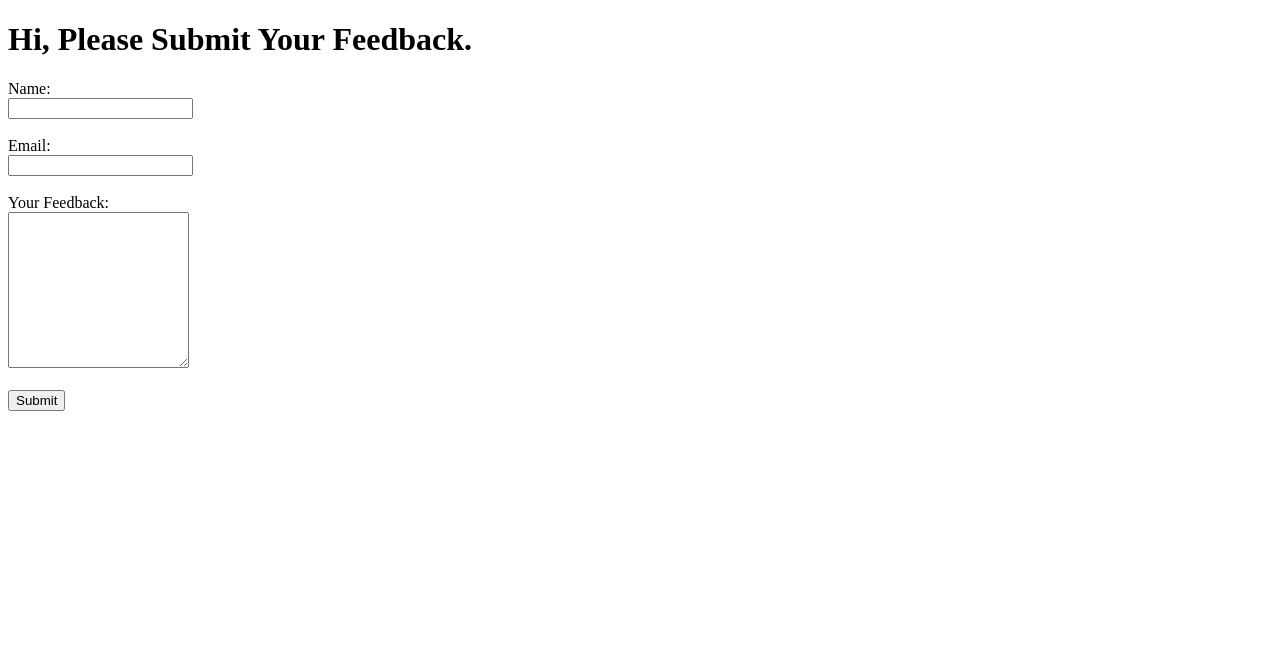
Repository: anik3395/JavaServletProjects
Page: eclipse-workspace/ProjectUpdate/src/main/webapp/feedbackForm.html
An editor plug-in stored every save of this project. The page is shown before and after the next save, followed by the edit.
The browser window is 1280 px wide. The pictures show the whole page.

Above is the page before, as saved 2024-10-23 08:17:27.

### eclipse-workspace/ProjectUpdate/src/main/webapp/feedbackForm.html
<!DOCTYPE html>
<html>
<head>
<meta charset="UTF-8">
<title>Insert title here</title>
</head>
<body>
<h1>Hi, Please Submit Your Feedback.</h1>

    <form action="submitFeedback" method="post">
        <label for="name">Name:</label><br>
        <input type="text" name="name" required><br><br>

        <label for="email">Email:</label><br>
        <input type="email" name="email" required><br><br>

        <label for="feedback">Your Feedback:</label><br>
        <textarea name="feedback" rows="10" required></textarea><br><br>

        <input type="submit" value="Submit">
    </form>
</body>
</html>

After the next save:
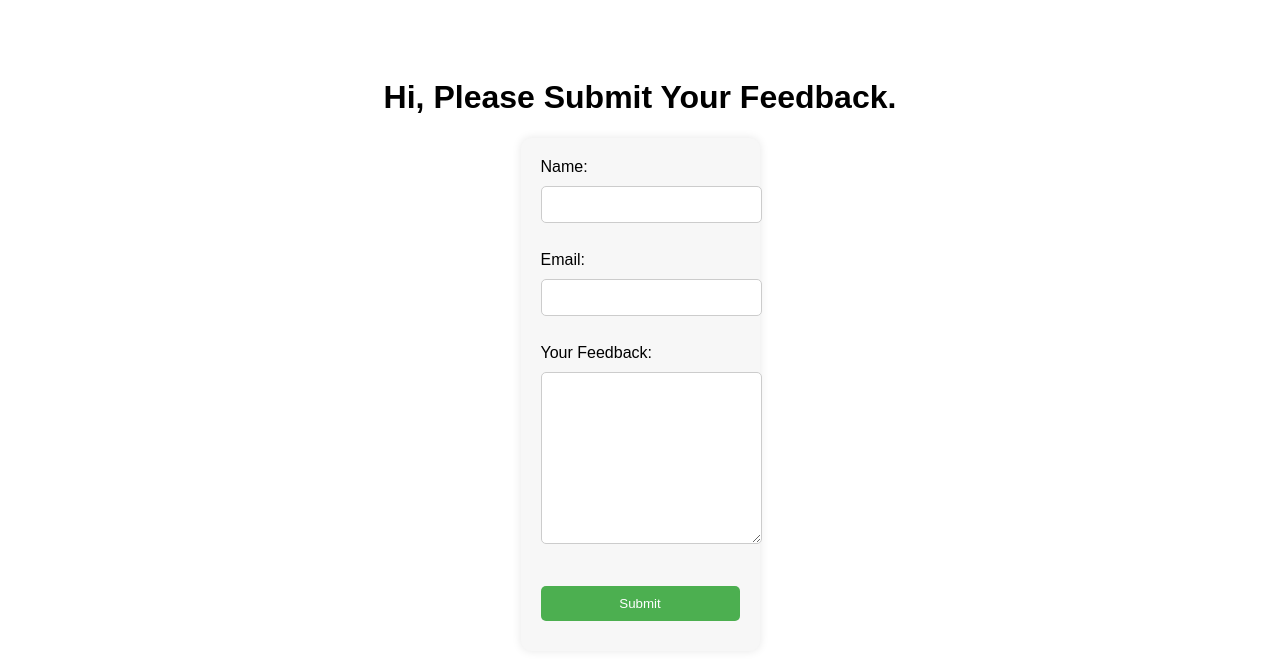
Saved 22 min 53 s later.
--- a/eclipse-workspace/ProjectUpdate/src/main/webapp/feedbackForm.html
+++ b/eclipse-workspace/ProjectUpdate/src/main/webapp/feedbackForm.html
@@ -4,6 +4,39 @@
 <meta charset="UTF-8">
 <title>Insert title here</title>
 </head>
+
+ <style>
+        body {
+            font-family: Arial, sans-serif;
+            text-align: center;
+            padding: 50px;
+        }
+        form {
+            display: inline-block;
+            text-align: left;
+            background-color: #f7f7f7;
+            padding: 20px;
+            border-radius: 10px;
+            box-shadow: 0 0 10px rgba(0,0,0,0.1);
+        }
+        input, textarea {
+            width: 100%;
+            padding: 10px;
+            margin: 10px 0;
+            border-radius: 5px;
+            border: 1px solid #ccc;
+        }
+        input[type="submit"] {
+            background-color: #4CAF50;
+            color: white;
+            cursor: pointer;
+            border: none;
+        }
+        input[type="submit"]:hover {
+            background-color: #45a049;
+        }
+    </style>
+
 <body>
 <h1>Hi, Please Submit Your Feedback.</h1>
 
